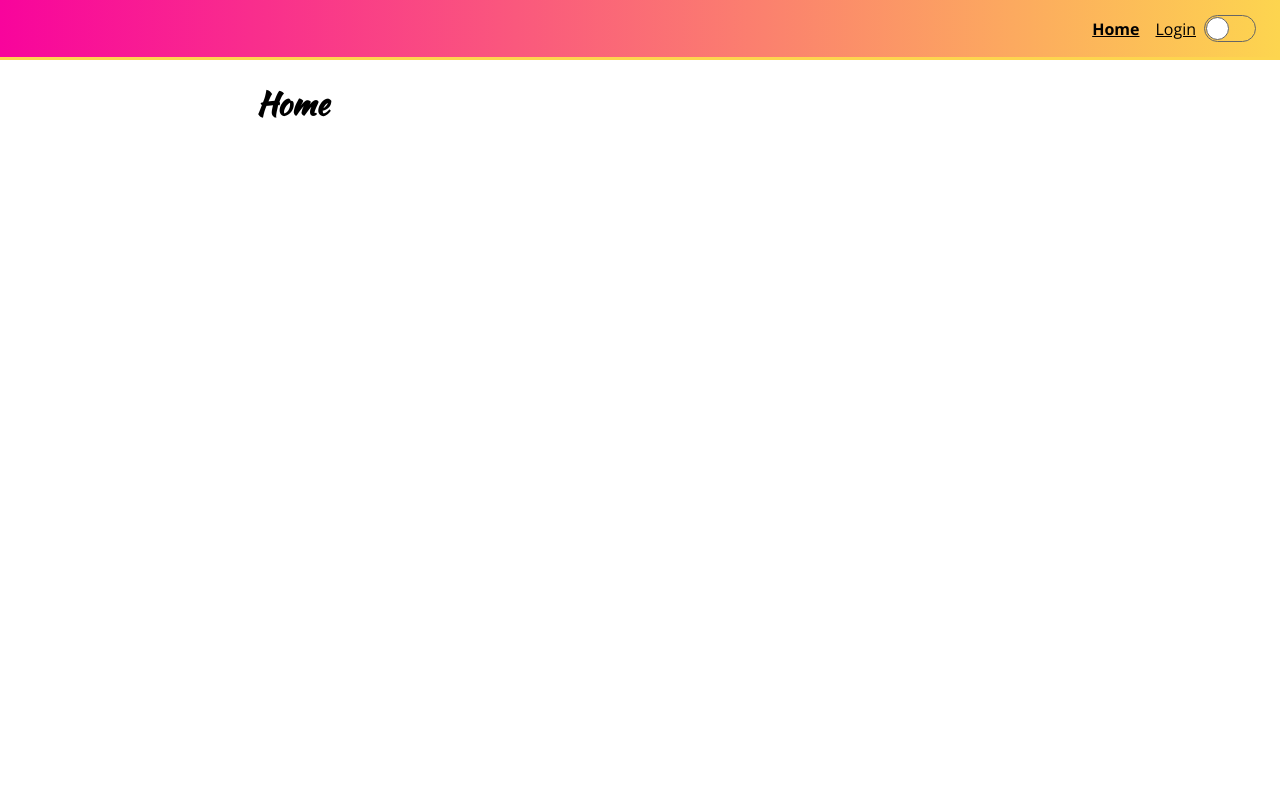
Repository: matehuslucena/styled-component-v5
Page: /
These files come from the project's save history. The page is drawn as it stood at one moment and after the next save; the edit follows.
The browser window is 1280 px wide. The pictures show the whole page.
The project was rebuilt for these pictures with package versions that can differ from the ones it lists, and the page was loaded fresh each time. Also part of the build but not shown: src/components/common/PasswordInput.js, src/components/pages/Login.js.

Above is the page before, as saved 2022-02-09 21:01:22.

After the next save:
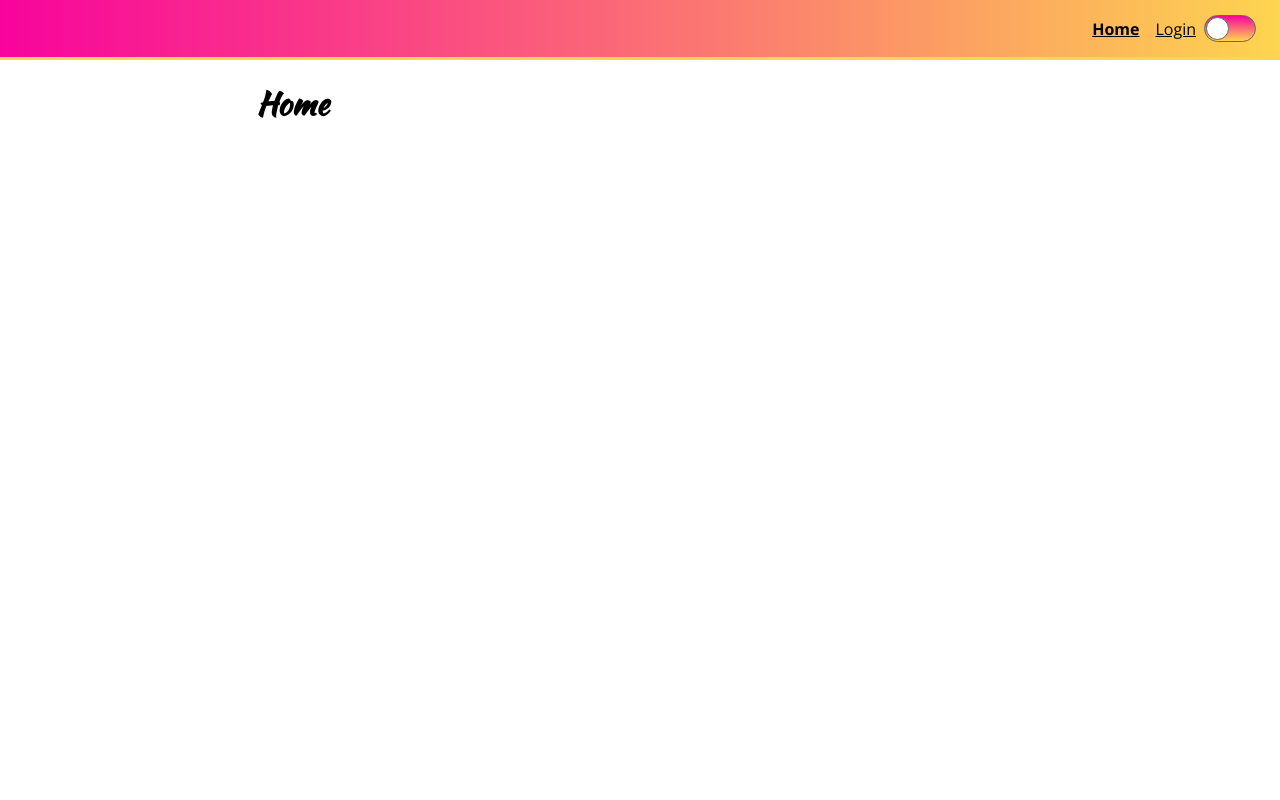
Saved 21 s later.
--- a/src/components/common/Toggle.js
+++ b/src/components/common/Toggle.js
@@ -9,7 +9,7 @@ const ToggleWrapper = styled.div`
   border: 1px solid #666;
   margin: auto;
   display: flex;
-  background-image: linear-gradient(to bottom ${p => p.theme.primaryColor}, ${p => p.theme.secondaryColor});
+  background-image: linear-gradient(to bottom, ${p => p.theme.primaryColor}, ${p => p.theme.secondaryColor});
 `;
 
 const Notch = styled.div`
